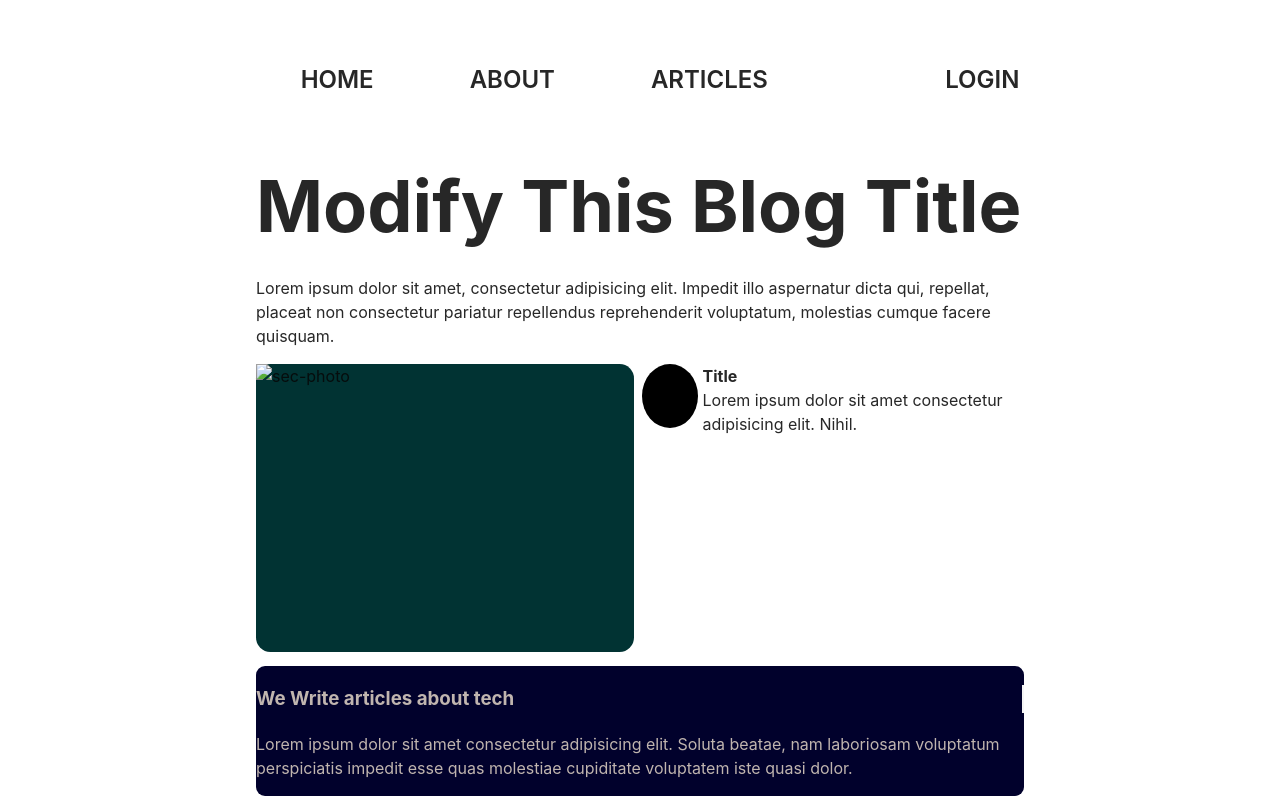
Repository: ValGrace/-static-site
Page: /home (app in client/)
The author's editor kept a copy of each file at every save. The page is drawn from the files as they stood at one save, then again after the next save.
The browser window is 1280 px wide. The pictures show the whole page.
The project was rebuilt for these pictures with package versions that can differ from the ones it lists, and the page was loaded fresh each time. Also part of the build but not shown: client/vite.config.js, client/src/Utils/appwrite.js, client/src/Components/Inputs.css, client/src/Components/Login.jsx, client/src/Components/Signup.jsx.

Above is the page before, as saved 2023-02-05 12:21:01.

### client/src/main.jsx
import React from 'react'
import ReactDOM from 'react-dom/client'
import App from './App'
import './index.css'
import { BrowserRouter } from 'react-router-dom'
ReactDOM.createRoot(document.getElementById('root')).render(
  <React.StrictMode>
    <BrowserRouter>
    <App />
    </BrowserRouter>
  </React.StrictMode>,
)

### client/src/App.jsx
import PageRouter from './Routing/PageRouter'
import './App.css'

function App() {


  return (
    <div className="App">
      <PageRouter />
    </div>
  )
}

export default App

### client/src/index.css
:root {
  font-family: Inter, system-ui, Avenir, Helvetica, Arial, sans-serif;
  line-height: 1.5;
  font-weight: 400;

  color-scheme: light dark;
  color: rgba(7, 7, 7, 0.87);
  background-color: #ffffff;

  font-synthesis: none;
  text-rendering: optimizeLegibility;
  -webkit-font-smoothing: antialiased;
  -moz-osx-font-smoothing: grayscale;
  -webkit-text-size-adjust: 100%;
}

/* a {
  font-weight: 500;
  color: #646cff;
  text-decoration: inherit;
}
a:hover {
  color: #535bf2;
}

body {
  margin: 0;
  display: flex;
  place-items: center;
  min-width: 320px;
  min-height: 100vh;
}

h1 {
  font-size: 3.2em;
  line-height: 1.1;
}

button {
  border-radius: 8px;
  border: 1px solid transparent;
  padding: 0.6em 1.2em;
  font-size: 1em;
  font-weight: 500;
  font-family: inherit;
  background-color: #1a1a1a;
  cursor: pointer;
  transition: border-color 0.25s;
}
button:hover {
  border-color: #646cff;
}
button:focus,
button:focus-visible {
  outline: 4px auto -webkit-focus-ring-color;
}

@media (prefers-color-scheme: light) {
  :root {
    color: #213547;
    background-color: #ffffff;
  }
  a:hover {
    color: #747bff;
  }
  button {
    background-color: #f9f9f9;
  }
} */

### client/src/Routing/PageRouter.jsx
import Dashboard from "../Pages/Dashboard";
import HomePage from "../Pages/HomePage";
import { Routes, Route} from "react-router-dom"

const PageRouter = () => {
    return (
        <Routes>
            <Route path="/" element={<Dashboard />} />
            <Route path="/home" element={<HomePage />} />
        </Routes>
    )
}

export default PageRouter

### client/src/App.css
.App {
  display: flex;
  flex-direction: column;
  justify-content: center;
  align-items: center;
}

### client/src/Pages/Dashboard.jsx
import React, { useReducer} from 'react'
import Login from '../Components/Login'
import Signup from '../Components/Signup'
import "../Components/Inputs.css"
const initialState = {page : <Login />}
function reducer(state, action) {
    switch(action.type) {
        case 'loginpage':
          return { page: <Login />}
        case 'signuppage':
            return { page: <Signup />}
        default:
            return { page: <h2>Loading....</h2>}
    }
}
const Dashboard = () => {
    const [state, dispatch] = useReducer(reducer, initialState)
    return (
        <div className='dashboard'>
         <h2>Static Site Generator</h2>
         <div>Static site Image</div>
         <div className='dash' id='dash'>
            <div className='toggleForms'>
                <button onClick={() => dispatch({type: 'loginpage'})} className="type-btn">Login</button>
                <button onClick={() => dispatch({type: 'signuppage'})} className="type-btn">Signup</button>
                </div>
            <React.Fragment>{state.page}</React.Fragment>

            <button id="auth-btns">Login with Github account</button>
            <button id="auth-btns">Login with Google account</button>
         </div>
       </div>
    )
}

export default Dashboard

### client/src/Pages/HomePage.jsx
import Navbar from "../Components/Navbar"
import TopSection from "../Components/TopSection"
const HomePage = () => {
    return (
        <>
         <Navbar />
         <TopSection />
        </>
    )
}

export default HomePage

### client/src/Components/Navbar.jsx
import "./Navbar.css"
const Navbar = () => {
    return (
        <nav>
            <ul>
                <li>home</li>
                <li>about</li>
                <li>articles</li>
            </ul>
            <ul>
                <li>Login</li>
            </ul>
        </nav>
    )
}

export default Navbar

### client/src/Components/TopSection.jsx
const TopSection = () => {
    return (
      <>
      <div className="top-text" id="top-text">
      <h2>Modify this blog title</h2>
      <p>Lorem ipsum dolor sit amet, consectetur adipisicing elit. Impedit illo aspernatur dicta qui, repellat, placeat non consectetur pariatur repellendus reprehenderit voluptatum, molestias cumque facere quisquam.</p>
      </div>
      <div className="head-section">
        <div className="head-img">
            <img src="" alt="sec-photo" />
        </div>
        <div className="side-section">
            <div className="side-img">
                <img src="" alt=""/>
            </div>
            <div className="side-blogs">
                <h4>Title</h4>
                <p>Lorem ipsum dolor sit amet consectetur adipisicing elit. Nihil.</p>
            </div>
        </div>
      </div>
      <div className="site-descr">
        <h3>We Write articles about tech</h3>
        <div className="site-sep"></div>
        <p>Lorem ipsum dolor sit amet consectetur adipisicing elit. Soluta beatae, nam laboriosam voluptatum perspiciatis impedit esse quas molestiae cupiditate voluptatem iste quasi dolor.</p>
      </div>
      </>
    )
}

export default TopSection

### client/src/Components/Navbar.css
nav {
    width: 70vw;
    height: 20vh;
    display: flex;
}

nav > ul{
  display: flex;
  flex-direction: row;
  text-transform: uppercase;
  list-style-type: none;
  justify-content: center;
  align-items: center;
  gap: 4em;
  font-weight: 600;
  font-size: 1.5rem;
  flex-grow: 1;
}

#top-text {
    width: 60vw;
}

#top-text > h2 {
    font-size: 4.5rem;
    text-transform: capitalize;
    margin: 0;
    /* float: left; */
}

#top-text > p {
    float: right;

}

.head-section {
    display: flex;
    width: 60vw;
    gap: 0.5em;
}

.head-img {
    background-color: rgb(1, 51, 51);
    width: 70%;
    border-radius: 0.9em;
    height: 40vh;
}

.side-section {
    display: flex;
    flex-direction: row;
    gap: 0.3rem;
}

.side-img {
    background-color: black;
    width: 5rem;
    height: 4rem;
    border-radius: 50%;
}

.side-blogs > h4, .side-blogs > p {
    margin: 0;
}

.site-descr {
    width: 60vw;
    background-color: rgb(1, 1, 44);
    color: rgba(250, 235, 215, 0.767);
    border-radius: 9px;
    margin-top: 0.9rem;
}

.site-descr > h3 {
    border-right: 2px solid whitesmoke;
}

Loaded but not shown: client/index.html (common file)

After the next save:
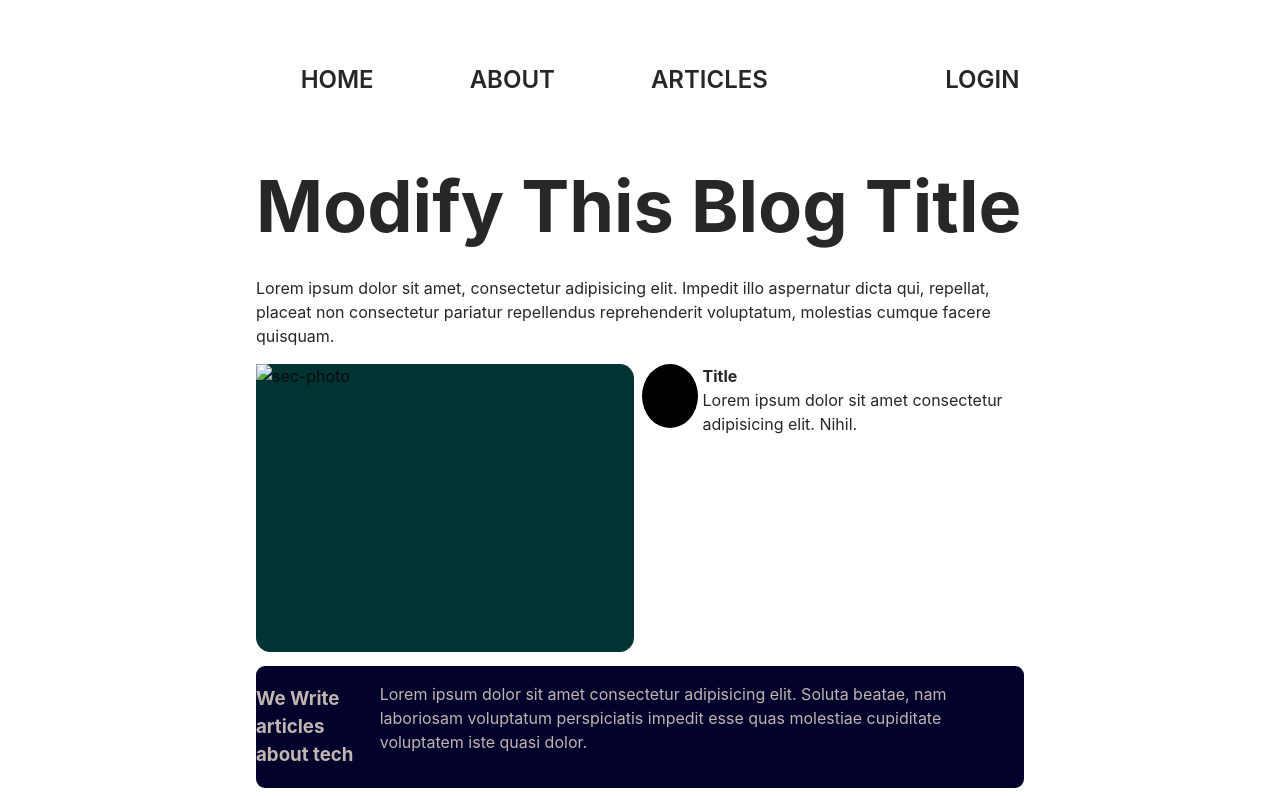
Saved 19 s later.
--- a/client/src/Components/Navbar.css
+++ b/client/src/Components/Navbar.css
@@ -69,8 +69,5 @@ nav > ul{
     color: rgba(250, 235, 215, 0.767);
     border-radius: 9px;
     margin-top: 0.9rem;
+    display: flex;
 }
-
-.site-descr > h3 {
-    border-right: 2px solid whitesmoke;
-}
